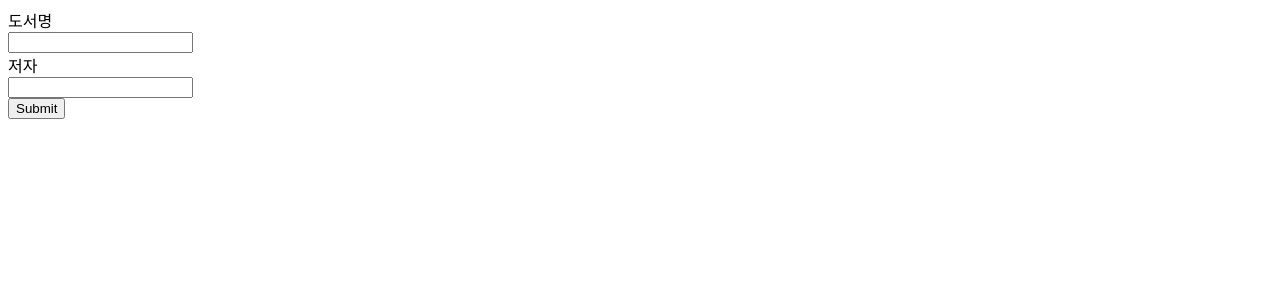
Repository: vsuminv/BigDataBootCamp
Page: http://localhost/step2/
These files come from the project's save history. The page is drawn as it stood at one moment and after the next save; the edit follows.
The browser window is 1280 px wide. The pictures show the whole page.
The page is served by Tomcat 9.

Above is the page before, as saved 2022-05-30 13:26:42.

After the next save:
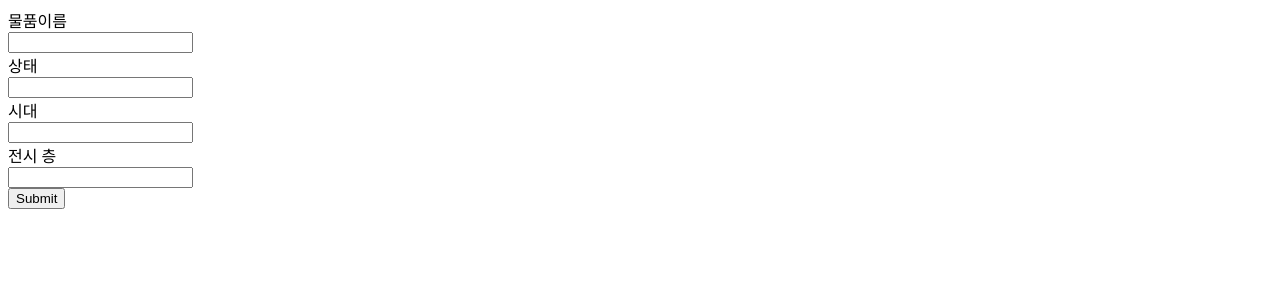
Saved 2 min 35 s later.
--- a/02.backend/05.spring/step2/src/main/webapp/index.jsp
+++ b/02.backend/05.spring/step2/src/main/webapp/index.jsp
@@ -8,10 +8,17 @@
 </head>
 <body>
 	<form action="add4">
-		<label for="name">도서명</label><br>
-		<input id="name" type="text" name="name"><br>
-		<label for="author">저자</label><br>
-		<input id="author" type="text" name="author"><br>
+		<label for="NAME">물품이름</label><br>
+		<input id="NAME" type="text" name="NAME"><br>
+
+		<label for="State">상태</label><br>
+		<input id="State" type="text" name="State"><br>
+
+		<label for="Era">시대</label><br>
+		<input id="Era" type="text" name="Era"><br>
+
+		<label for="Floor">전시 층</label><br>
+		<input id="Floor" type="text" name="Floor"><br>
 		<input type="submit">
 	</form>
 </body>
